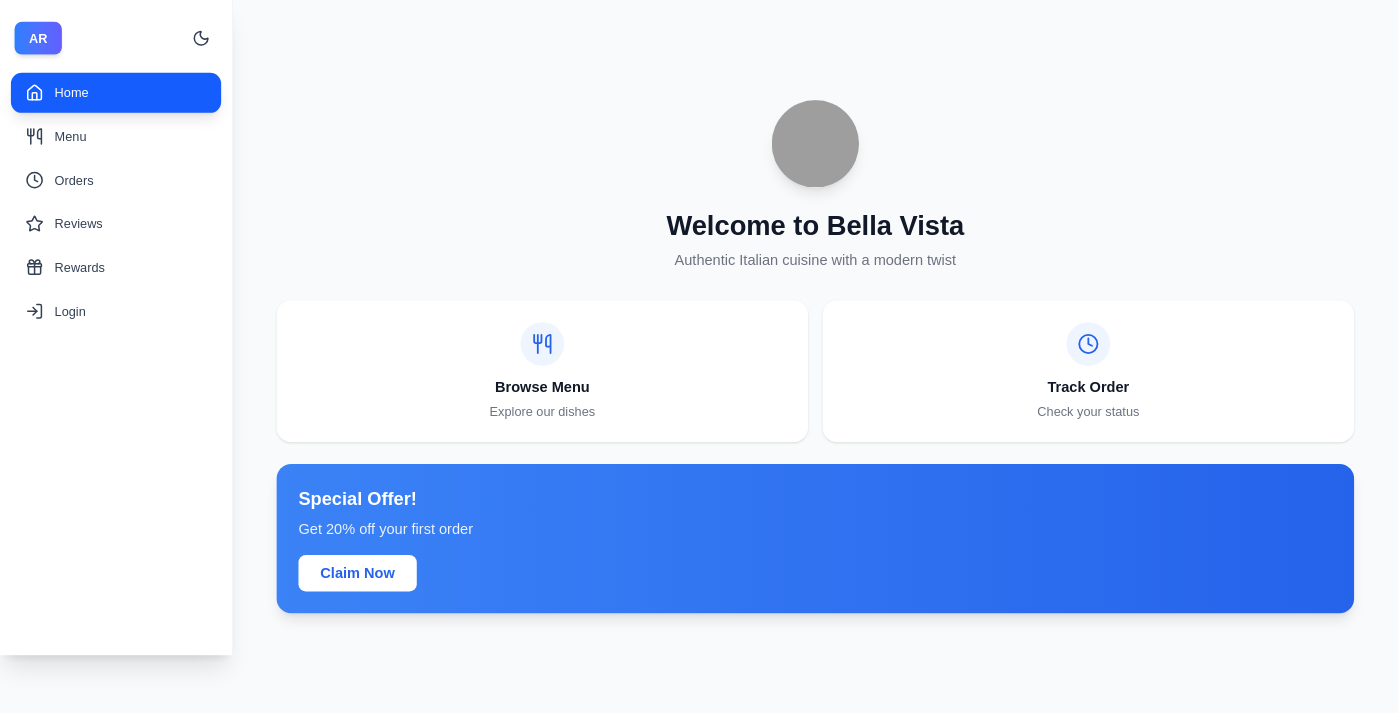
Repository: GraduationMERN/restaurant-system
Page: / (app in client/)
The author's editor kept a copy of each file at every save. The page is drawn from the files as they stood at one save, then again after the next save.
The browser window is 1280 px wide. The page is 1536 px wide, then 1280 px, so the pictures cover 1536 px, including what lies to the right of the window. The pictures show the whole page, at 91% of full size.
Pictures or frames that could not be fetched are drawn as grey boxes. The project was rebuilt for these pictures with package versions that can differ from the ones it lists, and the page was loaded fresh each time. Also part of the build but not shown: client/vite.config.js, client/src/pages/ReviewsPage.jsx, client/src/pages/RewardPage.jsx, client/src/components/ui/badge/Badge.jsx, client/src/components/ecommerce/EcommerceMetrics.jsx, client/src/components/ui/dropdown/Dropdown.jsx, client/src/components/ui/dropdown/DropdownItem.jsx, client/src/components/ecommerce/MonthlySalesChart.jsx and 36 more. Imported but missing from the stored project, and not drawn on this page: client/src/components/form/input/InputField, client/src/pages/admin/UserProfiles.

Above is the page before, as saved 2025-11-29 02:27:13.

After the next save:
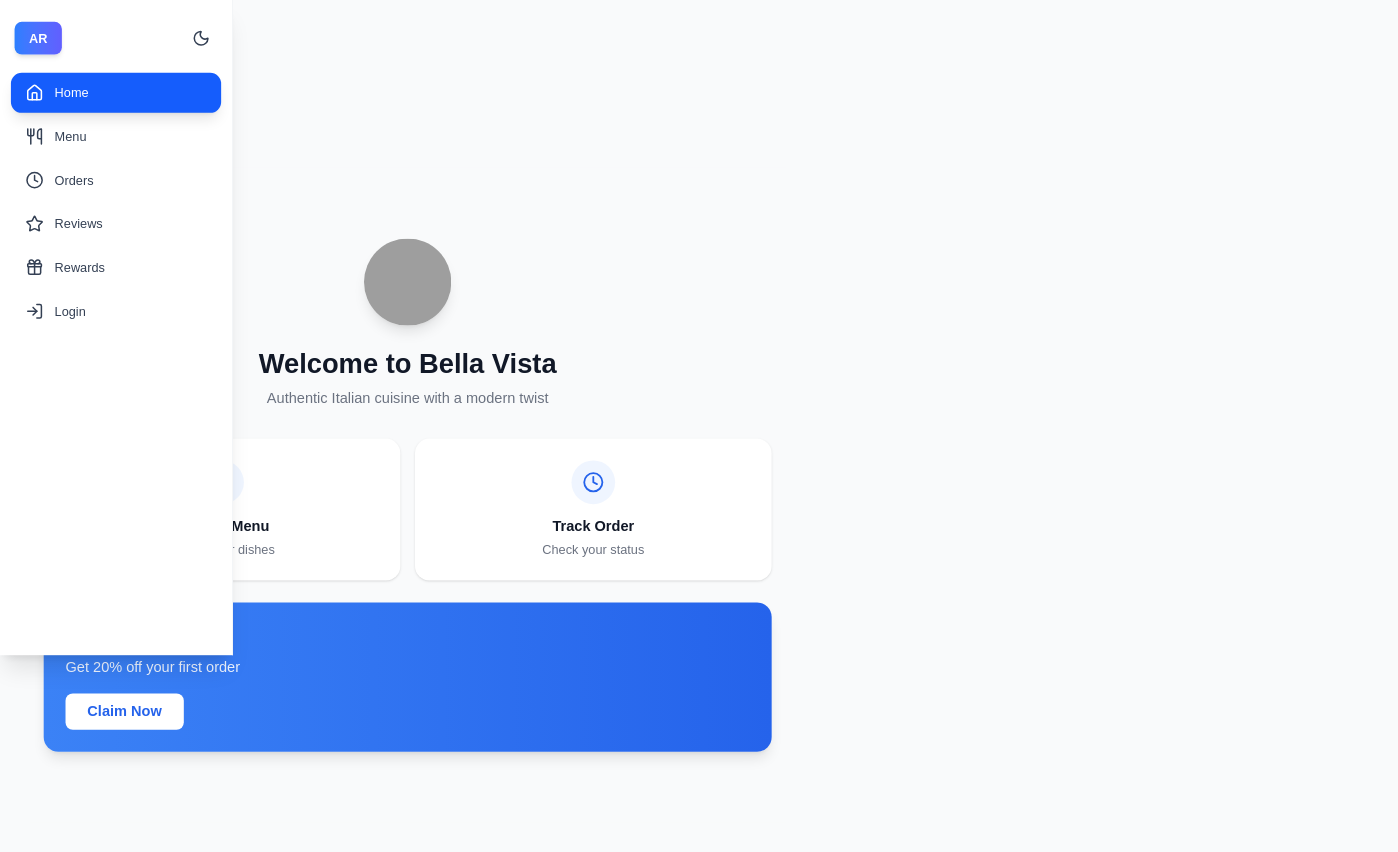
Saved 3 min 29 s later.
--- a/client/src/components/Layout.jsx
+++ b/client/src/components/Layout.jsx
@@ -8,15 +8,15 @@ export default function Layout({ children }) {
 
   return (
     <div className="min-h-screen w-full flex flex-col bg-gray-50">
-      <div className={`w-full flex justify-center md:block md:ml-64`}>
-        <div className={`w-full max-w-xl px-4 py-6 md:max-w-none md:px-8 md:py-8`}>
+      <div className={`w-full flex justify-center md:block`}>
+        <div className={`w-full max-w-xl px-4 py-6 md:max-w-4xl md:px-8 md:pt-[calc(10vh+7rem)] md:pb-8`}>
           {children}
         </div>
       </div>
 
       {!isAdmin && (
-        <div className="w-full max-w-xl mx-auto h-20 flex justify-between items-center px-4 md:hidden pb-4">
-          <Navbar />
+        <div className="md:hidden pb-4">
+          {/* Mobile navbar is now in bottom as before */}
         </div>
       )}
       {!isAdmin && <DesktopNav />}
